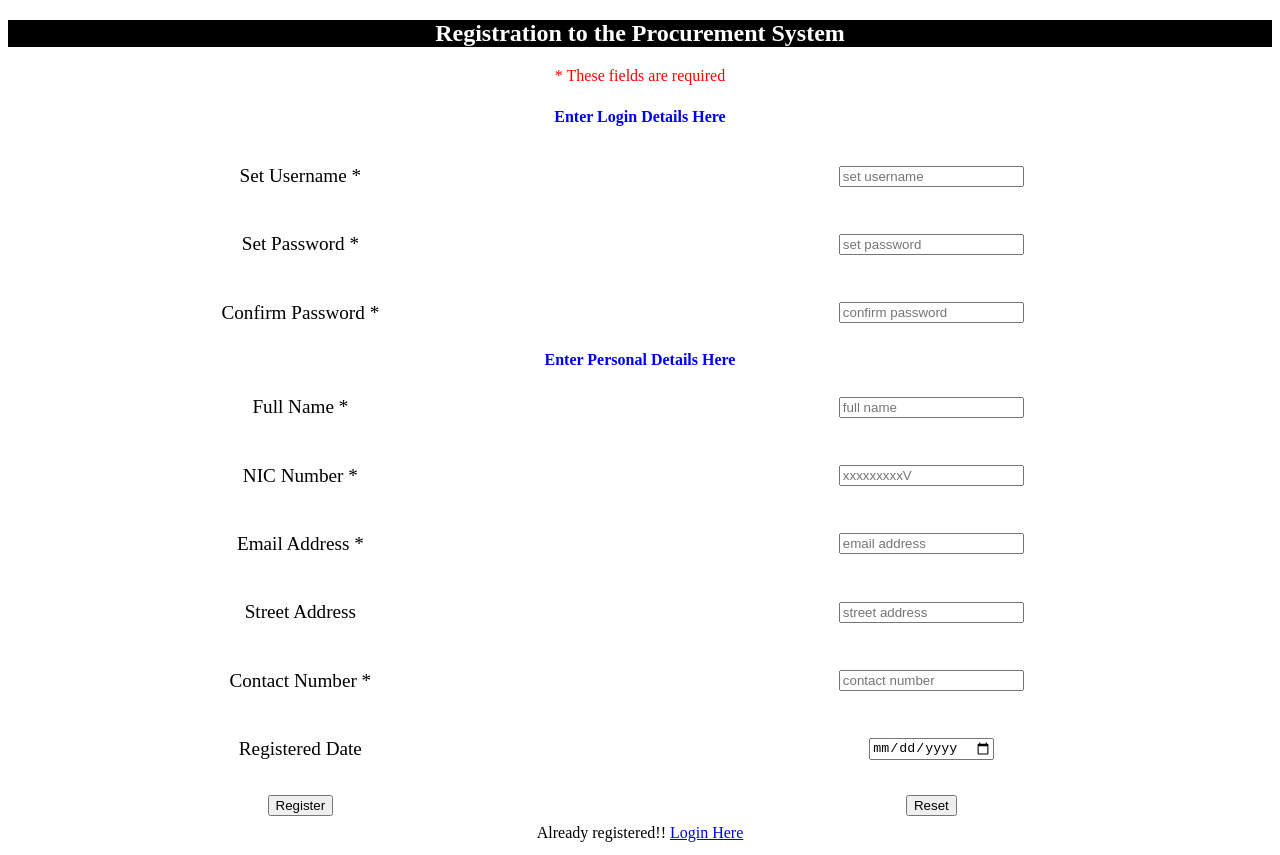
Repository: nirmaniPathiranage/CSSE-Procurement-Management
Page: http://localhost/Item_Management/Register.jsp
These files come from the project's save history. The page is drawn as it stood at one moment and after the next save; the edit follows.
The browser window is 1280 px wide. The pictures show the whole page.
The page is served by Tomcat 9.

Above is the page before, as saved 2019-09-29 17:52:52.

After the next save:
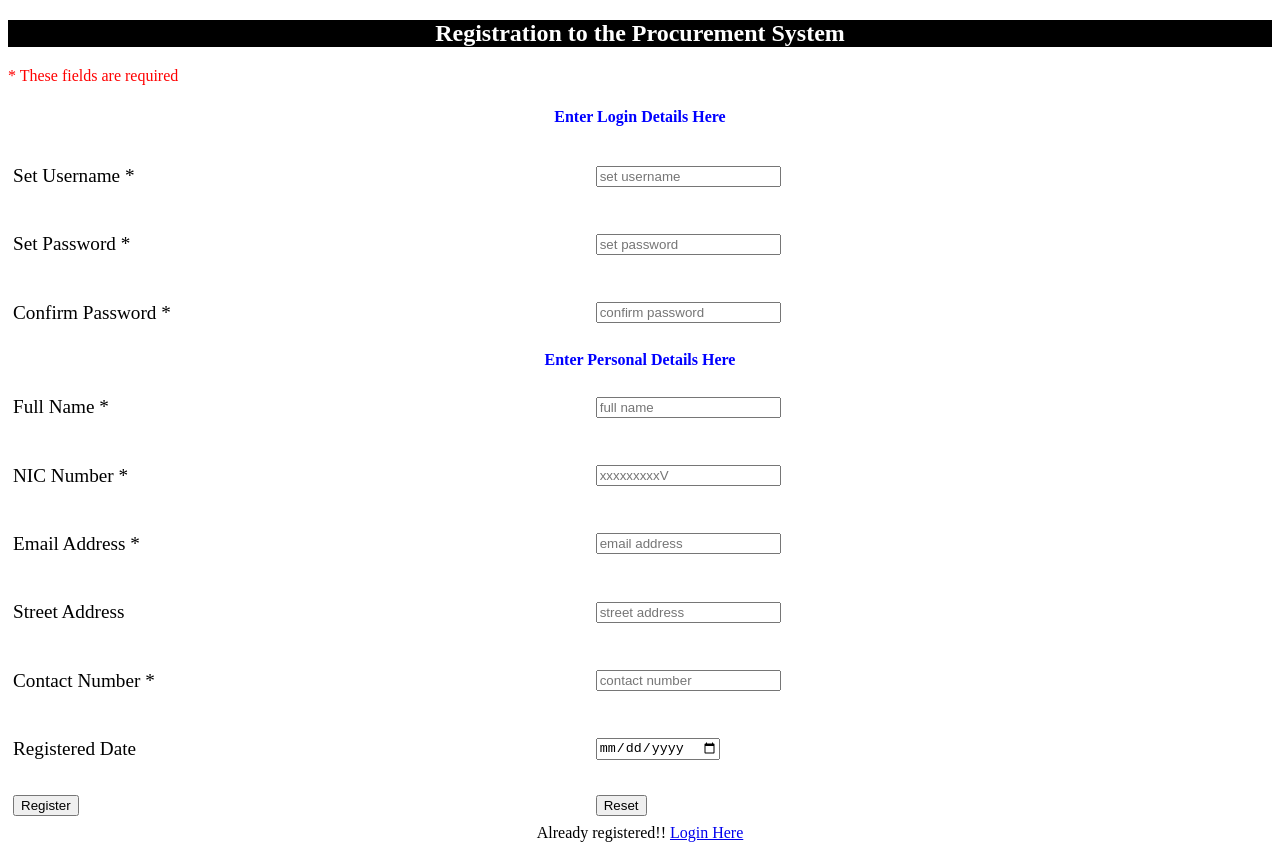
Saved 24 s later.
--- a/Item_Management/WebContent/Register.jsp
+++ b/Item_Management/WebContent/Register.jsp
@@ -57,7 +57,7 @@
 			to the Procurement System</h2>
 	</center>
 
-	<form style="text-align: center;" name="form" action="RegisterServlet"
+	<form style="text-align: none;" name="form" action="RegisterServlet"
 		method="post" onSubmit="return validate();">
 		<table border="0" cellpadding="3" style="width: 100%">
 			<font color="red">* These fields are required</font>
